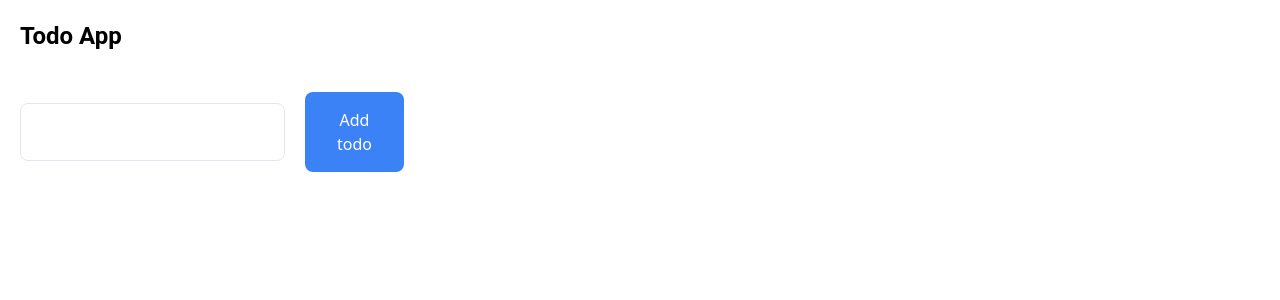
Repository: vophuocthanh/react-typescript
Page: /
The author's editor kept a copy of each file at every save. The page is drawn from the files as they stood at one save, then again after the next save.
The browser window is 1280 px wide. The pictures show the whole page.
The project was rebuilt for these pictures with package versions that can differ from the ones it lists, and the page was loaded fresh each time. Also part of the build but not shown: vite.config.ts.

Above is the page before, as saved 2023-04-06 20:56:37.

After the next save:
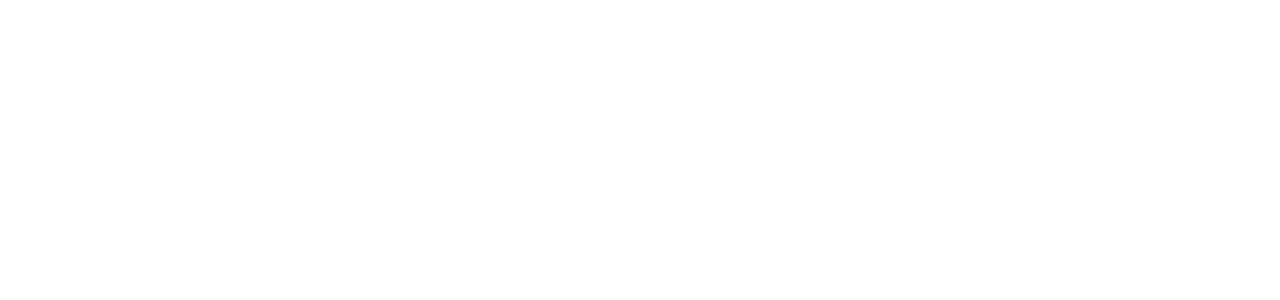
Console error: ReferenceError: Data is not defined
Saved 10 s later.
--- a/src/App.tsx
+++ b/src/App.tsx
@@ -47,7 +47,7 @@
       inputRef.current.value = "";
     }
   };
-  const [data, setData] = useState();
+  const [data, setData] = useState(Data | null);
   return (
     <div>
       <Heading title="Todo App"></Heading>

After the 2 saves that followed:
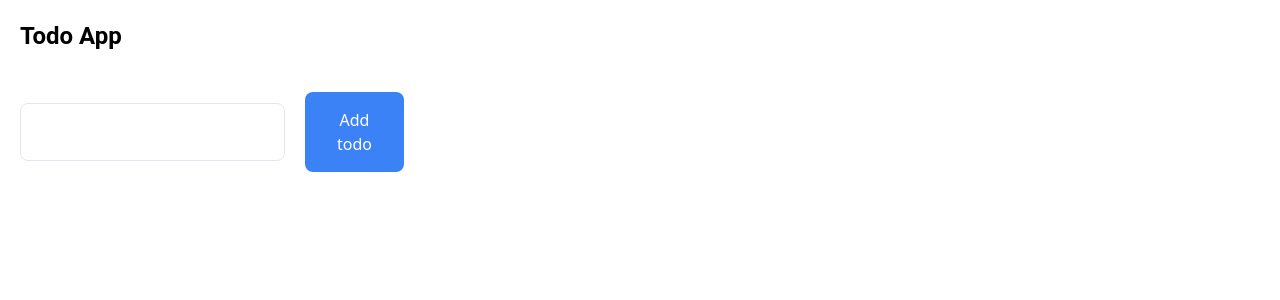
The error is gone.
The 2 saves are shown as one change because 1 did not build or start.
The last was saved 39 s later.
--- a/src/App.tsx
+++ b/src/App.tsx
@@ -47,7 +47,7 @@
       inputRef.current.value = "";
     }
   };
-  const [data, setData] = useState(Data | null);
+  const [data, setData] = useState<Data | null>(null);
   return (
     <div>
       <Heading title="Todo App"></Heading>
